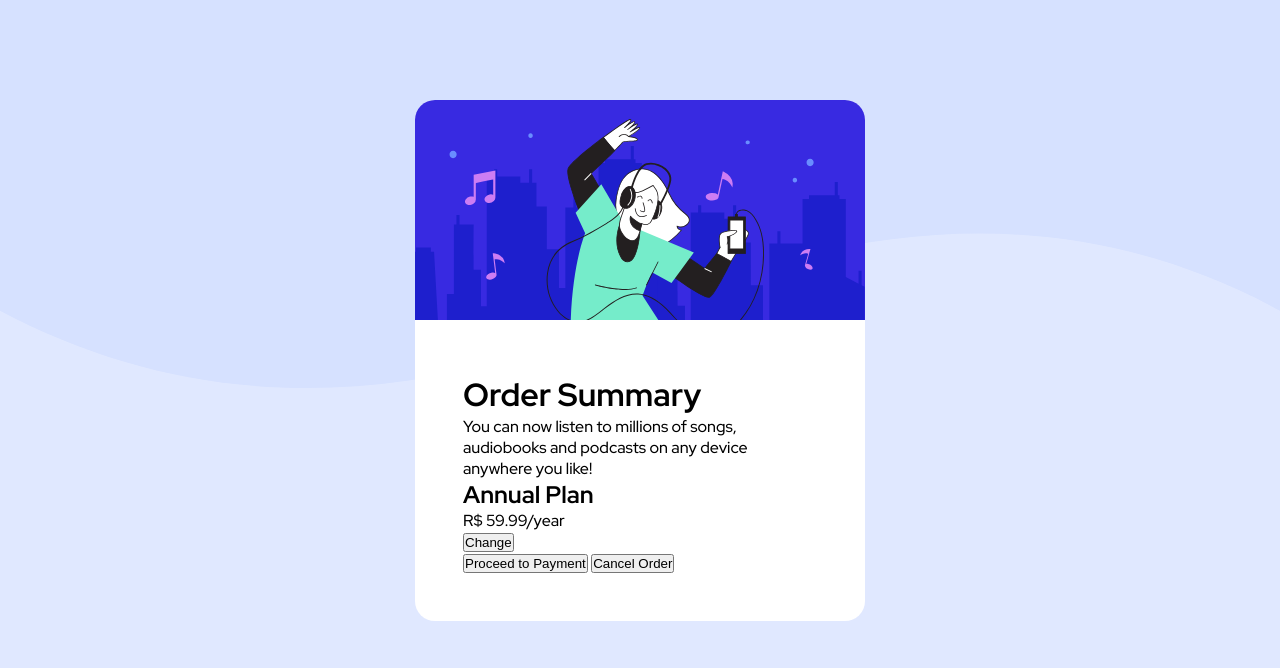
Repository: gccavalheiro/order-summary-card
Page: index.html
An editor plug-in stored every save of this project. The page is shown before and after the next save, followed by the edit.
The browser window is 1280 px wide. The pictures show the whole page.

Above is the page before, as saved 2021-12-17 02:02:00.

After the next save:
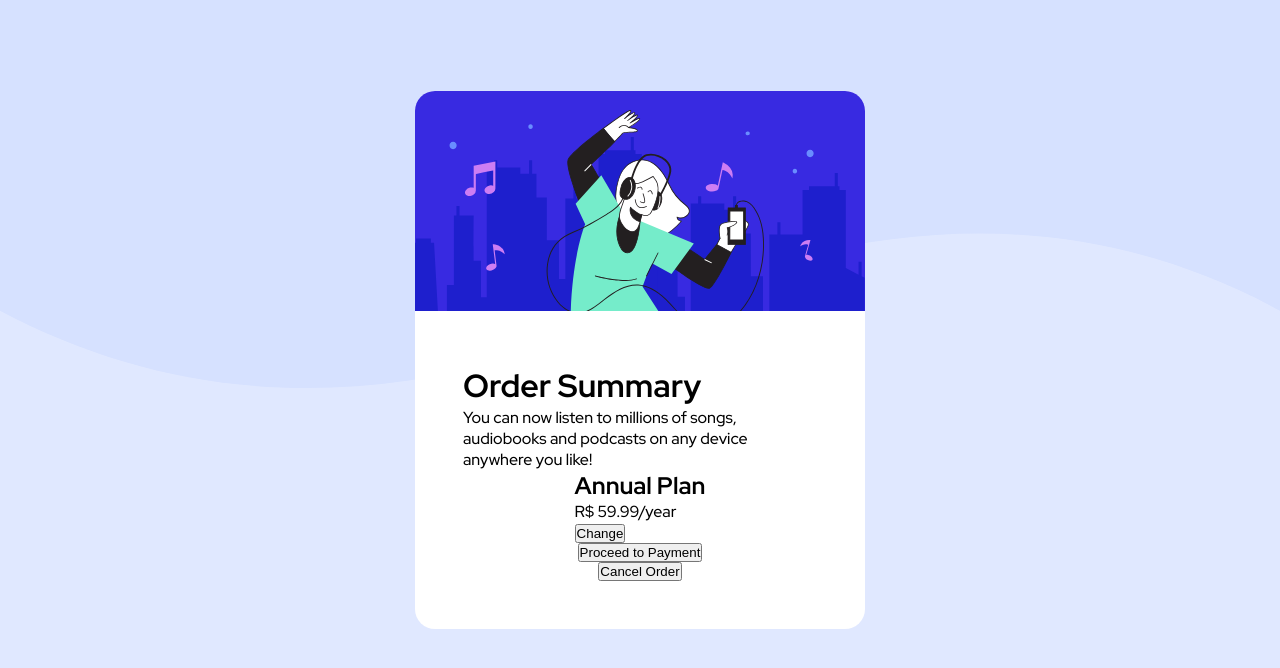
Saved 64 s later.
--- a/index.html
+++ b/index.html
@@ -25,19 +25,19 @@
           <p>You can now listen to millions of songs,
             audiobooks and podcasts on any device
             anywhere you like! </p>
-          <div class="card-plan">
-            <div class="card-plan-detail">
-              <div class="card-plan-icon-detail"></div>
-              <div class="card-plan-info-detail">
-                <h2>Annual Plan</h2>
-                <p>R$ 59.99/year</p>
-              </div>
+        </div>
+        <div class="card-plan">
+          <div class="card-plan-detail">
+            <div class="card-plan-icon-detail"></div>
+            <div class="card-plan-info-detail">
+              <h2>Annual Plan</h2>
+              <p>R$ 59.99/year</p>
             </div>
-            <button class="card-plan-button">Change</button>
           </div>
-          <button class="card-button-payment">Proceed to Payment</button>
-          <button class="card-button-cancel">Cancel Order</button>
+          <button class="card-plan-button">Change</button>
         </div>
+        <button class="card-button-payment">Proceed to Payment</button>
+        <button class="card-button-cancel">Cancel Order</button>
       </div>
     </div>
   </main>
